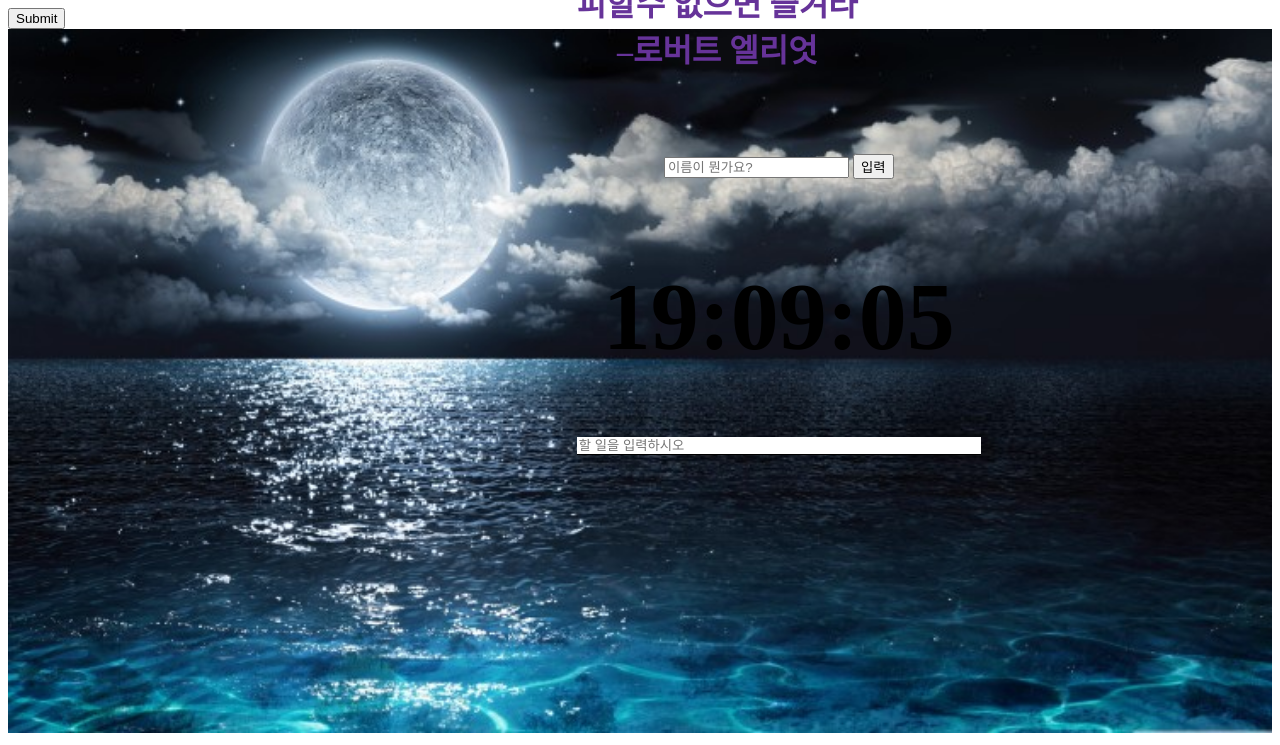
Repository: jun01270/F-E-practice
Page: index.html
An editor plug-in stored every save of this project. The page is shown before and after the next save, followed by the edit.
The browser window is 1280 px wide. The pictures show the whole page.

Above is the page before, as saved 2023-01-10 14:56:24.
Console error: TypeError: Cannot read properties of null (reading 'addEventListener')

After the next save:
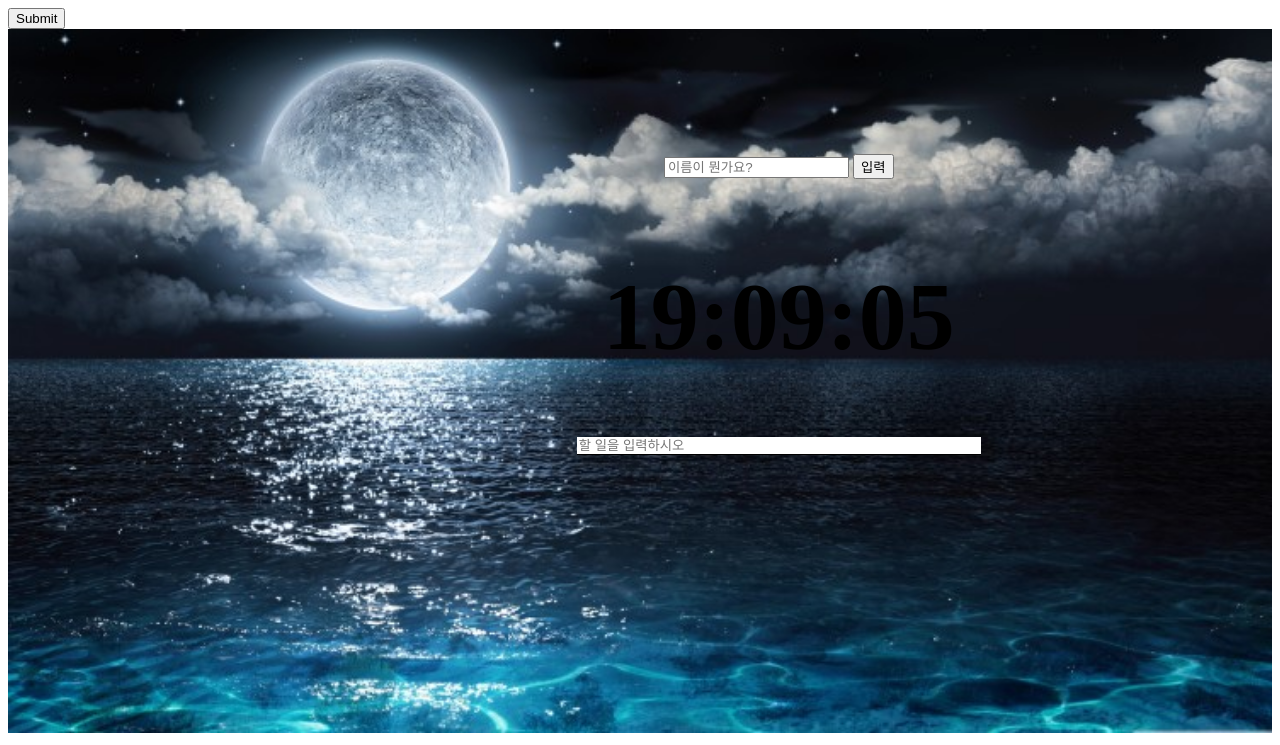
Saved 26 s later.
--- a/js/quotes.js
+++ b/js/quotes.js
@@ -39,8 +39,8 @@ const quotes = [
   },
 ];
 const quoteCount = quotes.length;
-const quote = document.querySelector("#quote div:first-child");
-const author = document.querySelector("#quote div:last-child");
+const quote = document.querySelector("#quote span");
+const author = document.querySelector("#quote div");
 const todaysQuote = quotes[Math.floor(Math.random() * quoteCount)];
 
 function showQuote() {

After the save that followed:
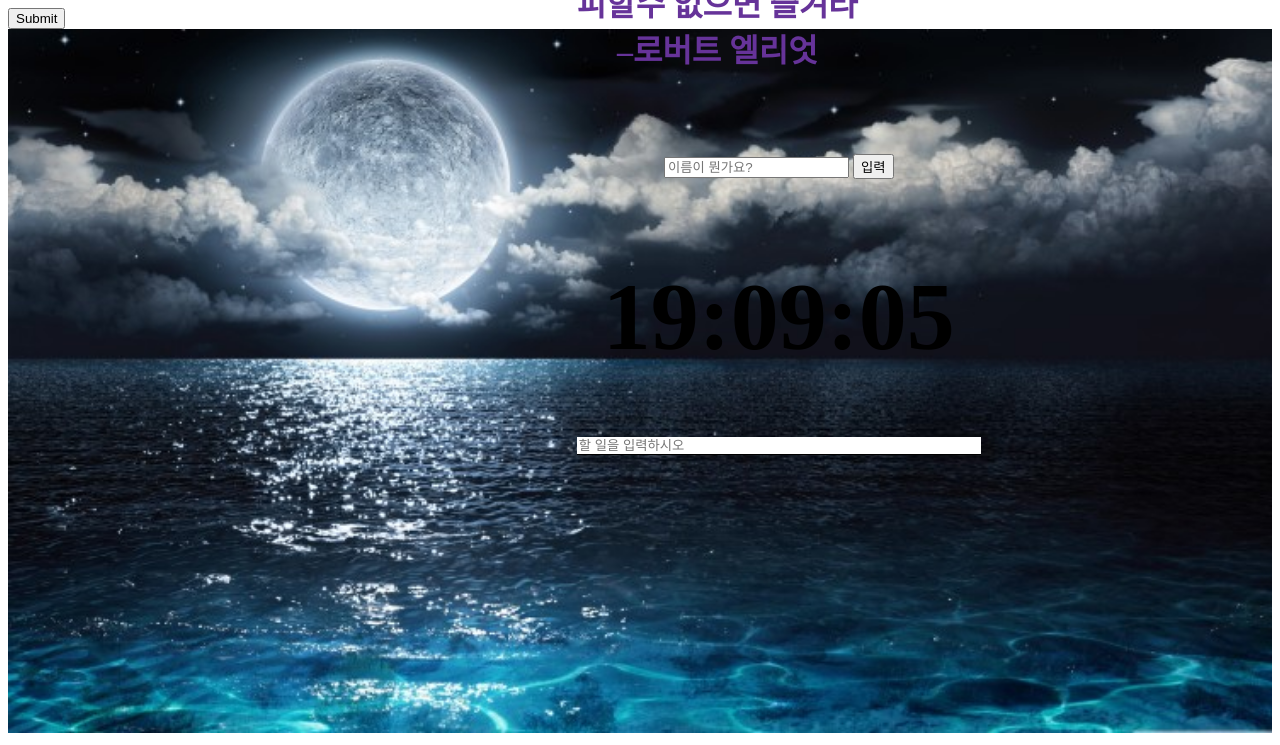
Saved 1 s later.
--- a/index.html
+++ b/index.html
@@ -20,7 +20,7 @@
       </form>
       <ul id="todo-list"></ul>
       <div id="quote">
-        <div></div>
+        <span></span>
         <div></div>
       </div>
     </div>
